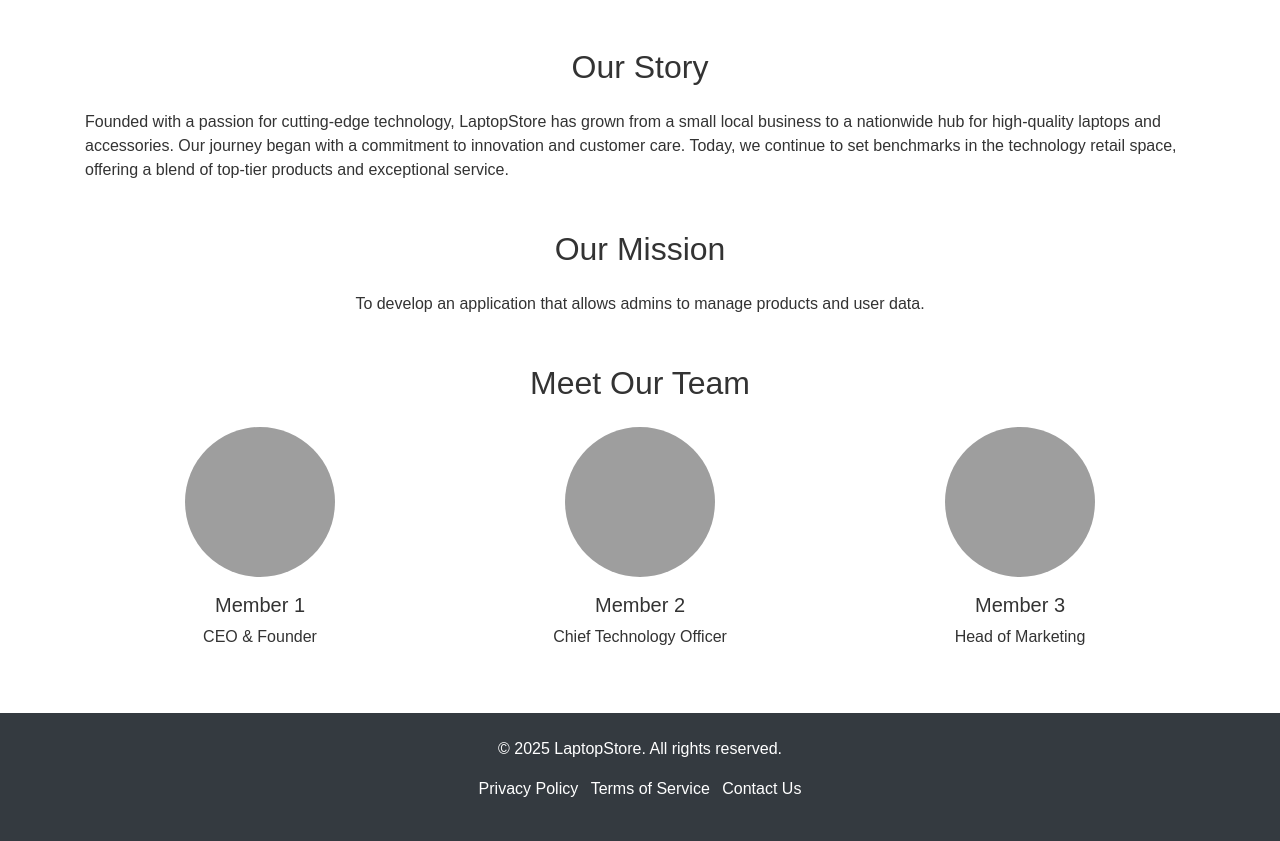
Repository: karim0829/IS218-Django-Laptop-Display
Page: http://localhost/about/
These files come from the project's save history. The page is drawn as it stood at one moment and after a run of saves; the edit follows.
The browser window is 1280 px wide. The pictures show the part of the page from y = 433 to 1274 px (the page is 1274 px tall before and 1226 px after).
Pictures or frames that could not be fetched are drawn as grey boxes. Some web libraries are served in a nearby version. The page is served by the project's application, run on Django 5.2 (manage.py).

Above is the page before, as saved 2025-05-11 17:21:56.

After the next 2 saves:
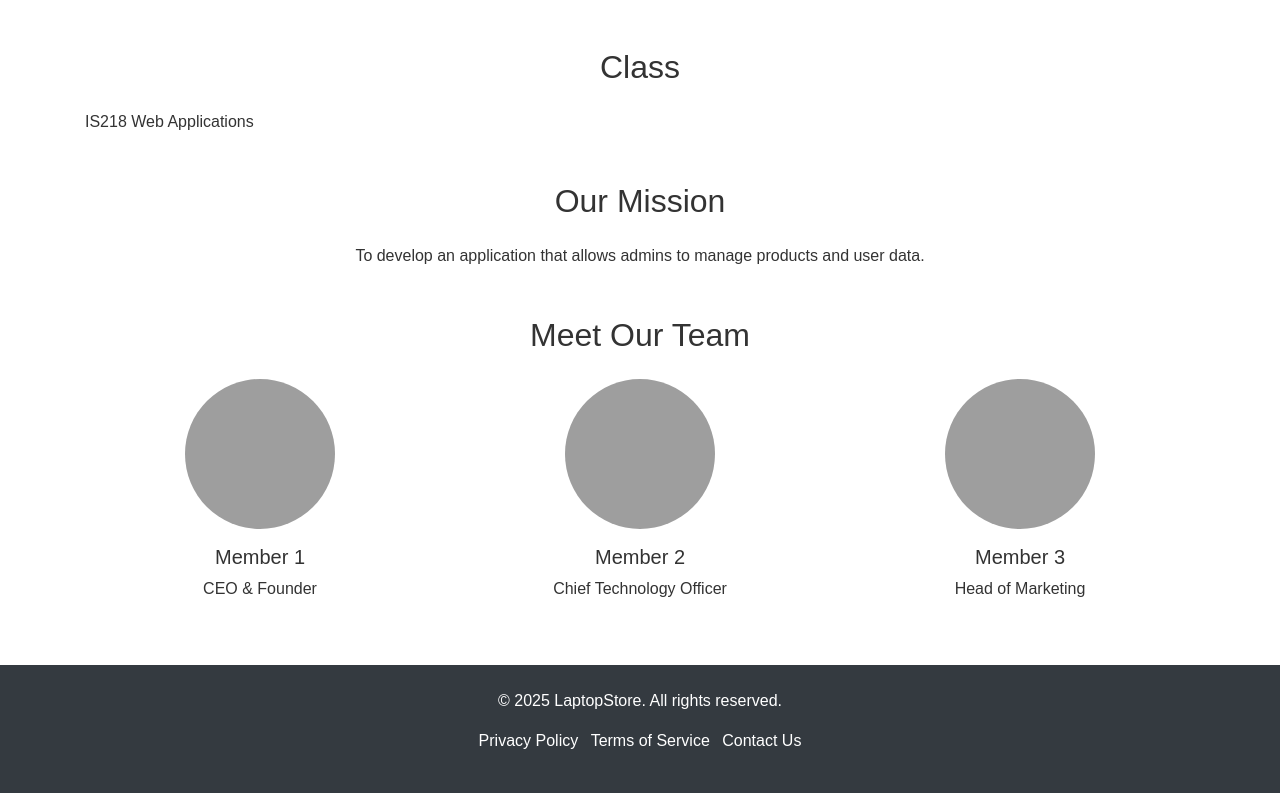
The 2 saves are shown as one change because they came seconds apart.
The last was saved 17 s later.
--- a/homepage/templates/homepage/about.html
+++ b/homepage/templates/homepage/about.html
@@ -71,14 +71,9 @@
 
     <!-- Our Story Section -->
     <section class="container my-5">
-      <h2 class="text-center mb-4">Our Story</h2>
+      <h2 class="text-center mb-4">Class</h2>
       <p>
-        Founded with a passion for cutting‐edge technology, LaptopStore has
-        grown from a small local business to a nationwide hub for high-quality
-        laptops and accessories. Our journey began with a commitment to
-        innovation and customer care. Today, we continue to set benchmarks in
-        the technology retail space, offering a blend of top-tier products and
-        exceptional service.
+       IS218 Web Applications
       </p>
     </section>
 
